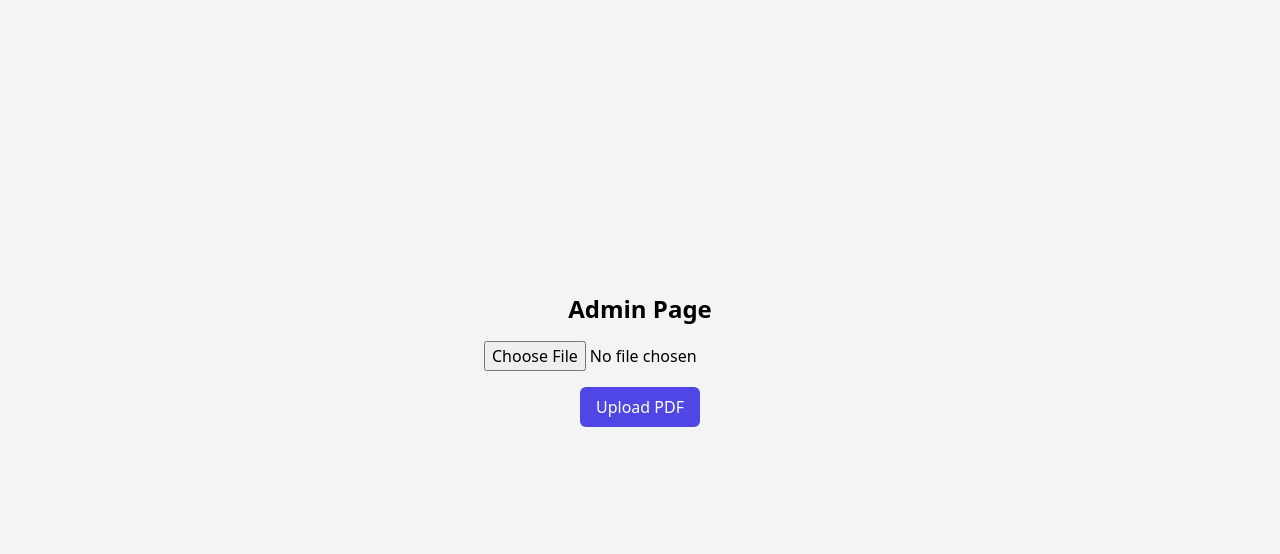
Repository: HackRx50/PS6-3k1P
Page: /admin (app in frontend/)
An editor plug-in stored every save of this project. The page is shown before and after the next save, followed by the edit.
The browser window is 1280 px wide. The pictures show the whole page.
The project was rebuilt for these pictures with package versions that can differ from the ones it lists, and the page was loaded fresh each time. Also part of the build but not shown: frontend/vite.config.js, frontend/src/pages/User.jsx, frontend/src/components/Navbar.jsx, frontend/src/App.jsx, frontend/src/pages/Quiz.jsx.

Above is the page before, as saved 2024-09-19 23:40:34.

### frontend/src/main.jsx
import React from 'react';
import ReactDOM from 'react-dom/client';
import { BrowserRouter as Router, Routes, Route } from 'react-router-dom';
import './index.css';
import User from './pages/user';
import Admin from './pages/Admin';
import App from './App';
import Quiz from './pages/Quiz';

const root = ReactDOM.createRoot(document.getElementById('root'));
root.render(
  <React.StrictMode>
    <Router>
      <Routes>
          <Route path='/' element={<App/>}/>
          <Route path='/quiz' element={<Quiz/>}/>
          <Route path="/user" element={<User />} />
          <Route path="/admin" element={<Admin />} />
      </Routes>
    </Router>
  </React.StrictMode>
);

### frontend/src/pages/Admin.jsx
import React, { useState } from 'react';
import axios from 'axios';
import Navbar from '../components/navbar';


function Admin() {
  const [selectedFile, setSelectedFile] = useState(null);
  const [uploadStatus, setUploadStatus] = useState('');

  const handleFileChange = (e) => {
    setSelectedFile(e.target.files[0]);
  };

  const handleUpload = async () => {
    if (!selectedFile) {
      setUploadStatus('Please select a PDF file.');
      return;
    }

    const formData = new FormData();
    formData.append('pdf', selectedFile);

    try {
      const response = await axios.post(import.meta.env.VITE_BACKEND_URL + '/upload_pdf', formData, {
        headers: {
          'Content-Type': 'multipart/form-data',
        },
      });

      if (response.status === 200) {
        setUploadStatus('PDF uploaded successfully!');
      }
    } catch (error) {
      setUploadStatus('Error uploading PDF. Please try again.');
    }
  };

  return (
    <div className="min-h-screen flex flex-col items-center justify-center bg-gray-100 p-6">
      <h1 className="text-2xl font-bold mb-4">Admin Page</h1>

      <div className="mb-4">
        <input type="file" accept="application/pdf" onChange={handleFileChange} />
      </div>

      <button
        onClick={handleUpload}
        className="px-4 py-2 bg-indigo-600 text-white rounded-md"
      >
        Upload PDF
      </button>

      {uploadStatus && <p className="mt-4">{uploadStatus}</p>}
    </div>
  );
}

export default Admin;

Loaded but not shown: frontend/index.html (common file); frontend/src/index.css (common file); frontend/tailwind.config.js (common file)

After the next save:
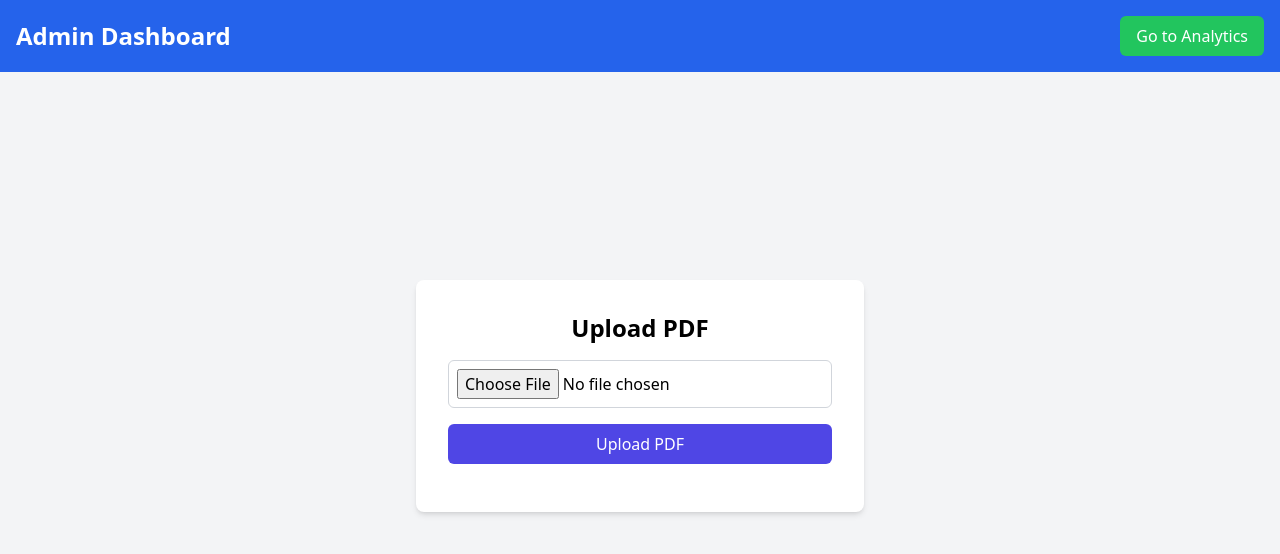
Saved 22 s later.
--- a/frontend/src/pages/Admin.jsx
+++ b/frontend/src/pages/Admin.jsx
@@ -1,7 +1,5 @@
 import React, { useState } from 'react';
 import axios from 'axios';
-import Navbar from '../components/navbar';
-
 
 function Admin() {
   const [selectedFile, setSelectedFile] = useState(null);
@@ -35,22 +33,47 @@ function Admin() {
     }
   };
 
+  const navigateToAnalytics = () => {
+    window.location.href = '/analytics';
+  };
+
   return (
-    <div className="min-h-screen flex flex-col items-center justify-center bg-gray-100 p-6">
-      <h1 className="text-2xl font-bold mb-4">Admin Page</h1>
+    <div className="min-h-screen flex flex-col bg-gray-100">
+      <nav className="bg-blue-600 p-4">
+        <div className="container mx-auto flex justify-between items-center">
+          <h1 className="text-white text-2xl font-bold">Admin Dashboard</h1>
+          <button
+            onClick={navigateToAnalytics}
+            className="px-4 py-2 bg-green-500 text-white rounded-md"
+          >
+            Go to Analytics
+          </button>
+        </div>
+      </nav>
 
-      <div className="mb-4">
-        <input type="file" accept="application/pdf" onChange={handleFileChange} />
+      <div className="flex-grow flex flex-col items-center justify-center p-6">
+        <div className="bg-white shadow-md rounded-lg p-8 w-full max-w-md">
+          <h2 className="text-2xl font-bold mb-4 text-center">Upload PDF</h2>
+
+          <div className="mb-4">
+            <input
+              type="file"
+              accept="application/pdf"
+              onChange={handleFileChange}
+              className="w-full p-2 border border-gray-300 rounded-md"
+            />
+          </div>
+
+          <button
+            onClick={handleUpload}
+            className="w-full px-4 py-2 bg-indigo-600 text-white rounded-md mb-4"
+          >
+            Upload PDF
+          </button>
+
+          {uploadStatus && <p className="mt-4 text-center">{uploadStatus}</p>}
+        </div>
       </div>
-
-      <button
-        onClick={handleUpload}
-        className="px-4 py-2 bg-indigo-600 text-white rounded-md"
-      >
-        Upload PDF
-      </button>
-
-      {uploadStatus && <p className="mt-4">{uploadStatus}</p>}
     </div>
   );
 }
